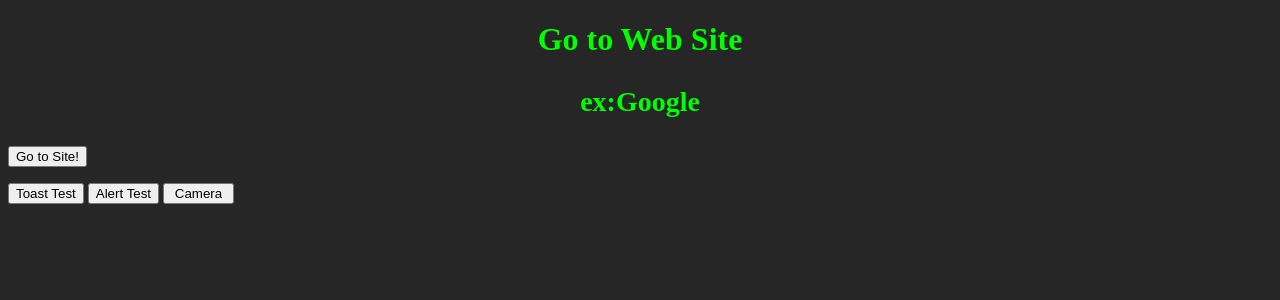
Repository: kenshiryu7/mdv-projects
Page: MDF3/project_4/Project4/assets/index.html
The author's editor kept a copy of each file at every save. The page is drawn from the files as they stood at one save, then again after the next save.
The browser window is 1280 px wide. The pictures show the whole page.

Above is the page before, as saved 2013-02-28 19:03:05.

### MDF3/project_4/Project4/assets/index.html
<!DOCTYPE html>
<html>
	<head>
	<meta http-equiv="Content-Type" content="text/html; charset=UTF-8">

	<title>The HTML Stuff</title>
	</head>


	<body>
	<h1>Go to Web Site</h1>
	<p id="mytext">ex:Google</p>



	<input type="button" value="Go to Site!" onclick="openWeb()"/>

	<p>
	<input type="button" value="Toast Test" onclick="showAndroidToast('I just wanted to tell the world that....I Like it Toasty!!!')"/>

	<input type="button" value="Alert Test" onclick="doAlert()"/>

	<input type="button" value=" Camera " onclick="openCamera()"/>
	</p>
	</body>



		<script type="text/javascript">

			function openWeb() {
				//document.getElementById("mytext").innerHTML = actualData;
				Android.openWebSite();
			};

			function showAndroidToast(toast) {
			//document.getElementById("mytext").innerHTML = "toast";
				Android.showToast(toast);

			};

			function doAlert(){
				Android.startAlert();
			};

			function openCamera(){
				Android.openTheCamera();
			};


			function callFromActivity(message) {
				document.getElementById("mytext").innerHTML = message;
			};



		</script>
		<style type ="text/css">
			body{
				color:#00FF00;
				font-weight:bold;
				background-color:#262626}

			h1{
				text-align:center}

			#mytext{
				text-align:center;
				font-size:175%}

		</style>
</html>

After the next save:
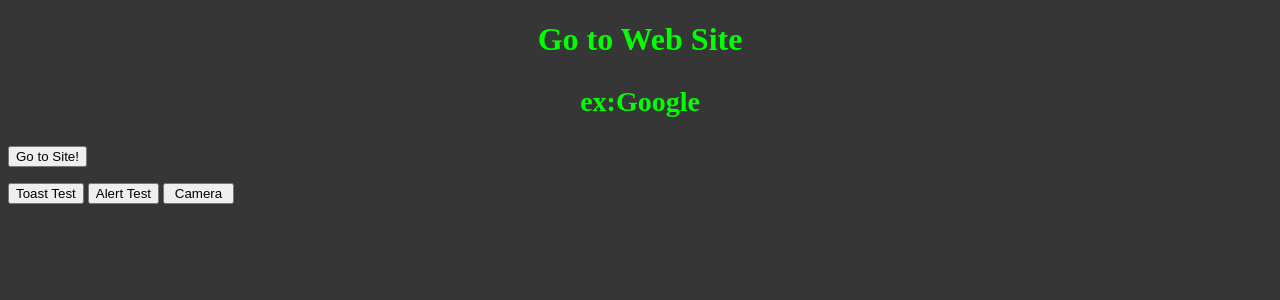
Saved 41 s later.
--- a/MDF3/project_4/Project4/assets/index.html
+++ b/MDF3/project_4/Project4/assets/index.html
@@ -59,7 +59,7 @@
 			body{
 				color:#00FF00;
 				font-weight:bold;
-				background-color:#262626}
+				background-color:#363636}
 
 			h1{
 				text-align:center}
